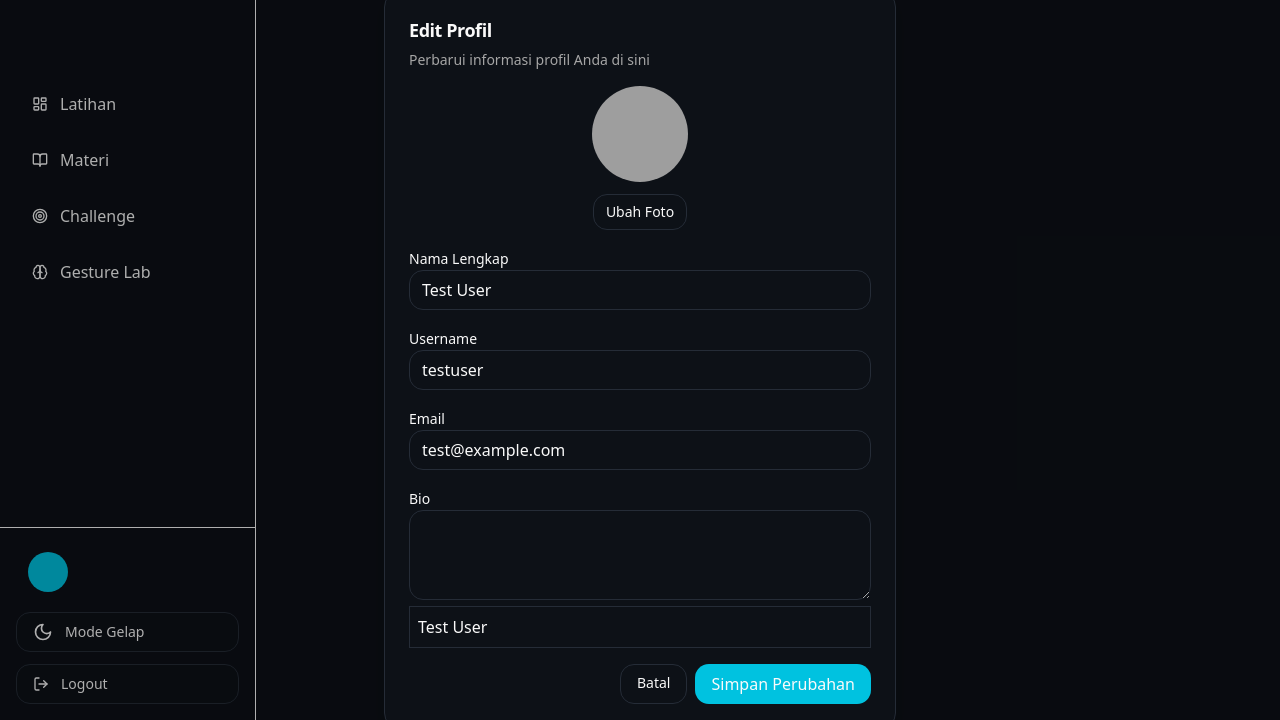
Repository: Tisna7/GESTURA
Page: http://localhost/profile/edit
The author's editor kept a copy of each file at every save. The page is drawn from the files as they stood at one save, then again after the next save.
The browser window is 1280 px wide. The pictures show the whole page.
Pictures or frames that could not be fetched are drawn as grey boxes. The page is served by the project's Laravel application, run on PHP 8.4 with Laravel 12. A made-up administrator, Test User (test@example.com), is signed in. Other server files are loaded and not shown. Style sheets and scripts are compiled from the project's sources, by tool versions that may differ from the author's.

Above is the page before, as saved 2025-11-23 16:09:28.

### app/Providers/AppServiceProvider.php
<?php

namespace App\Providers;

use Illuminate\Support\ServiceProvider;

class AppServiceProvider extends ServiceProvider
{
    /**
     * Register any application services.
     */
    public function register(): void
    {

    }

    /**
     * Bootstrap any application services.
     */
    public function boot(): void
    {

    }
}

### routes/web.php
<?php

use Illuminate\Support\Facades\Route;
use App\Http\Controllers\AuthController;
use App\Http\Controllers\ProfileController;

Route::get('/', function () {
    return view('landingpage');
});

Route::get('/auth', [AuthController::class, 'showPage'])->name('auth.page');

// Route::post('/register', [AuthController::class, 'register'])->name('register');

// Route::post('/login', [AuthController::class, 'login'])->name('login');
// Route::post('/logout', [AuthController::class, 'logout'])->name('logout');


// REGISTER
Route::post('/register', [AuthController::class, 'register'])->name('auth.register');

// LOGIN
Route::post('/login', [AuthController::class, 'login'])->name('auth.login');

// LOGIN GUEST
Route::get('/login/guest', [AuthController::class, 'loginGuest'])->name('auth.guest');

// LOGOUT
Route::get('/logout', [AuthController::class, 'logout'])->name('auth.logout');


Route::get('/profile/edit', [ProfileController::class, 'edit'])->name('profile.edit');
Route::put('/profile/update', [ProfileController::class, 'update'])->name('profile.update');


Route::get('/profile', function () {
    return view('user.profile');
});
Route::get('/materi', function () {
    return view('user.materi');
});
Route::get('/gesturelab', function () {
    return view('user.gesture-lab-practice');
});
Route::get('/gesture-lab-translate', function () {
    return view('user.gesture-lab-translate');
});
Route::get('/materi-isi', function () {
    return view('user.materi-isi');
});
Route::get('/latihan', function () {
    return view('user.quiz');
});
Route::get('/Challenge', function () {
    return view('user.challenge');
});
Route::get('/Challenge-isi', function () {
    return view('user.challenge-isi');
});

### app/Http/Controllers/ProfileController.php
<?php

namespace App\Http\Controllers;

use Illuminate\Http\Request;
use Illuminate\Support\Facades\Auth;

class ProfileController extends Controller
{
    public function edit()
    {
        $user = Auth::user();
        return view('user.profile-edit', compact('user'));
    }

    public function update(Request $request)
    {
        $request->validate([
            'name'     => 'required|string|max:255',
            'username' => 'required|string|max:255|unique:users,username,' . Auth::id(),
            'bio'      => 'nullable|string|max:255',
        ]);

        $user = Auth::user();

        $user->update([
            'name'     => $request->name,
            'username' => $request->username,
            'bio'      => $request->bio,
        ]);

    return redirect('/profile')->with('success', 'Profil berhasil diperbarui!');
    }
}

### resources/views/user/profile-edit.blade.php
@extends('app')
@section('title', 'Edit Profil')

@section('content')

    {{-- Sidebar --}}
    <x-sidebar-user></x-sidebar-user>

    {{-- Konten Halaman --}}
    <div class="ml-[16rem] p-6">
        {{-- (optional) Isi konten lain di sini --}}
    </div>

    {{-- ======================== MODAL ======================== --}}
    <div class="fixed inset-0 z-50 flex items-center justify-center bg-black/30">

        <div class="w-full max-w-lg bg-background border p-6 shadow-lg rounded-lg animate-in fade-in zoom-in">

            {{-- Header --}}
            <div class="flex flex-col space-y-1.5 text-center sm:text-left">
                <h2 class="text-lg font-semibold">Edit Profil</h2>
                <p class="text-sm text-muted-foreground">Perbarui informasi profil Anda di sini</p>
            </div>

            {{-- Form --}}
            <form action="{{ route('profile.update') }}" method="POST" class="mt-4">
                @csrf

                {{-- FOTO --}}
                <div class="flex flex-col items-center gap-3 mb-4">
                    <span class="relative flex overflow-hidden rounded-full h-24 w-24 border-4 border-primary/20">
                        <img class="h-full w-full object-cover"
                            src="https://api.dicebear.com/7.x/avataaars/svg?seed={{ $user->username ?? 'user' }}">
                    </span>

                    <button type="button"
                        class="inline-flex items-center gap-2 border rounded-md h-9 px-3 text-sm hover:bg-accent hover:text-accent-foreground">
                        Ubah Foto
                    </button>
                </div>

                {{-- INPUT --}}
                <div class="space-y-4">

                    <div>
                        <label class="text-sm font-medium">Nama Lengkap</label>
                        <input type="text" name="name" value="{{ old('name', $user->name) }}"
                            class="w-full h-10 rounded-md border px-3 py-2">
                    </div>

                    <div>
                        <label class="text-sm font-medium">Username</label>
                        <input type="text" name="username" value="{{ old('username', $user->username) }}"
                            class="w-full h-10 rounded-md border px-3 py-2">
                    </div>

                    <div>
                        <label class="text-sm font-medium">Email</label>
                        <input type="email" name="email" value="{{ old('email', $user->email) }}"
                            class="w-full h-10 rounded-md border px-3 py-2">
                    </div>

                    <div>
                        <label class="text-sm font-medium">Bio</label>
                        <textarea name="bio" rows="3" class="w-full rounded-md border px-3 py-2">{{ old('bio', $user->bio) }}</textarea>
                    </div>

                </div>

                {{-- BUTTONS --}}
                <form action="{{ route('profile.update') }}" method="POST">
    @csrf
    @method('PUT')

    {{-- Semua input di sini --}}
    <div class="space-y-4">
        {{-- contoh --}}
        <input type="text" name="name" value="{{ $user->name }}" class="border p-2 w-full">
        {{-- input lain --}}
    </div>

    {{-- Tombol --}}
    <div class="flex justify-end gap-2 pt-4">
        <a href="/profile" class="border rounded-md px-4 py-2 text-sm hover:bg-accent">
            Batal
        </a>

        <button type="submit" class="bg-primary text-white rounded-md px-4 py-2 hover:bg-primary/90">
            Simpan Perubahan
        </button>
    </div>

</form>



            </form>

        </div>
    </div>

@endsection

### resources/views/components/sidebar-user.blade.php
@php
    use Illuminate\Support\Facades\Auth;
@endphp



<aside
    class="fixed top-0 left-0 h-full bg-sidebar border-r border-sidebar-border shadow-medium z-40 transition-transform duration-300 -translate-x-full lg:translate-x-0 w-64">
    <div class="flex flex-col h-full">

        {{-- LOGO --}}
        <div class="hidden lg:flex items-center gap-2 p-6 border-b border-sidebar-border">
            <div class="w-10 h-10 rounded-full bg-gradient-hero flex items-center justify-center shadow-soft">
                <img src="{{ asset('images/logo.png') }}" alt="MindCare Logo" class="w-8 h-8">
            </div>
            <div>
                <span class="text-xl font-bold bg-gradient-to-r from-primary to-accent bg-clip-text text-transparent block">
                    MindCare
                </span>
            </div>
        </div>

        {{-- MENU --}}
        <nav class="flex-1 p-4 space-y-2 overflow-y-auto mt-16 lg:mt-0">

            {{-- Latihan --}}
            <a class="{{ request()->is('latihan') ? 'bg-sidebar-accent text-sidebar-accent-foreground font-medium shadow-soft'
                : 'text-sidebar-foreground hover:bg-sidebar-accent/50' }}
                flex items-center gap-3 px-4 py-3 rounded-xl transition-smooth"
                href="/latihan">

                <svg xmlns="http://www.w3.org/2000/svg" viewBox="0 0 24 24"
                    fill="none" stroke="currentColor" stroke-width="2"
                    stroke-linecap="round" stroke-linejoin="round"
                    class="lucide lucide-layout-dashboard w-4 h-4">
                    <rect width="7" height="9" x="3" y="3" rx="1"></rect>
                    <rect width="7" height="5" x="14" y="3" rx="1"></rect>
                    <rect width="7" height="9" x="14" y="12" rx="1"></rect>
                    <rect width="7" height="5" x="3" y="16" rx="1"></rect>
                </svg>

                <span>Latihan</span>
            </a>

            {{-- Materi --}}
            <a class="{{ request()->is('materi') ? 'bg-sidebar-accent text-sidebar-accent-foreground font-medium shadow-soft'
                : 'text-sidebar-foreground hover:bg-sidebar-accent/50' }}
                flex items-center gap-3 px-4 py-3 rounded-xl transition-smooth"
                href="/materi">

                <svg xmlns="http://www.w3.org/2000/svg" viewBox="0 0 24 24"
                    fill="none" stroke="currentColor" stroke-width="2"
                    stroke-linecap="round" stroke-linejoin="round"
                    class="lucide lucide-book-open w-4 h-4">
                    <path d="M12 7v14"></path>
                    <path
                        d="M3 18a1 1 0 0 1-1-1V4a1 1 0 0 1 1-1h5a4 4 0 0 1 4 4 4 4 0 0 1 4-4h5a1 1 0 0 1 1 1v13a1 1 0 0 1-1 1h-6a3 3 0 0 0-3 3 3 3 0 0 0-3-3z">
                    </path>
                </svg>

                <span>Materi</span>
            </a>

            {{-- Challenge --}}
            <a class="{{ request()->is('Challenge') ? 'bg-sidebar-accent text-sidebar-accent-foreground font-medium shadow-soft'
                : 'text-sidebar-foreground hover:bg-sidebar-accent/50' }}
                flex items-center gap-3 px-4 py-3 rounded-xl transition-smooth"
                href="/Challenge">

                <svg xmlns="http://www.w3.org/2000/svg" viewBox="0 0 24 24"
                    fill="none" stroke="currentColor" stroke-width="2"
                    stroke-linecap="round" stroke-linejoin="round"
                    class="lucide lucide-target w-4 h-4">
                    <circle cx="12" cy="12" r="10"></circle>
                    <circle cx="12" cy="12" r="6"></circle>
                    <circle cx="12" cy="12" r="2"></circle>
                </svg>

                <span>Challenge</span>
            </a>

            {{-- Gesture Lab --}}
            <a class="{{ request()->is('gesturelab') ? 'bg-sidebar-accent text-sidebar-accent-foreground font-medium shadow-soft'
                : 'text-sidebar-foreground hover:bg-sidebar-accent/50' }}
                flex items-center gap-3 px-4 py-3 rounded-xl transition-smooth"
                href="/gesturelab">

                <svg xmlns="http://www.w3.org/2000/svg" viewBox="0 0 24 24"
                    fill="none" stroke="currentColor" stroke-width="2"
                    stroke-linecap="round" stroke-linejoin="round"
                    class="lucide lucide-brain w-4 h-4">

                    <path d="M12 5a3 3 0 1 0-5.997.125 4 4 0 0 0-2.526 5.77 4 4 0 0 0 .556 6.588A4 4 0 1 0 12 18Z"></path>
                    <path d="M12 5a3 3 0 1 1 5.997.125 4 4 0 0 1 2.526 5.77 4 4 0 0 1-.556 6.588A4 4 0 1 1 12 18Z"></path>
                    <path d="M15 13a4.5 4.5 0 0 1-3-4 4.5 4.5 0 0 1-3 4"></path>

                </svg>

                <span>Gesture Lab</span>
            </a>
        </nav>

        {{-- BOTTOM SECTION --}}
        <div class="p-4 border-t border-sidebar-border space-y-3">

            {{-- User Button --}}
            <button
                class="w-full flex items-center gap-3 px-3 py-2 rounded-xl hover:bg-sidebar-accent transition-smooth"
                type="button">
                <span class="relative flex items-center justify-center shrink-0 overflow-hidden rounded-full w-10 h-10 bg-primary"></span>
                <div class="flex-1 text-left">
                    <p class="text-sm font-medium text-sidebar-foreground"></p>
                    <p class="text-xs text-muted-foreground"></p>
                </div>
            </button>

            {{-- Mode Gelap --}}
            <button
                class="inline-flex items-center whitespace-nowrap rounded-md text-sm font-medium border border-input bg-background hover:bg-accent hover:text-accent-foreground h-10 px-4 py-2 w-full justify-start gap-3 hover:bg-accent transition-smooth">
                <svg xmlns="http://www.w3.org/2000/svg" viewBox="0 0 24 24"
                    fill="none" stroke="currentColor" stroke-width="2"
                    stroke-linecap="round" stroke-linejoin="round"
                    class="lucide lucide-moon w-4 h-4">
                    <path d="M12 3a6 6 0 0 0 9 9 9 9 0 1 1-9-9Z"></path>
                </svg>
                <span>Mode Gelap</span>
            </button>

            {{-- Logout --}}
            <form action="" method="POST">
                @csrf
                <button type="submit"
                    class="inline-flex items-center whitespace-nowrap rounded-md text-sm font-medium border border-input bg-background hover:bg-accent hover:text-accent-foreground h-10 px-4 py-2 w-full justify-start gap-3">

                    <svg xmlns="http://www.w3.org/2000/svg" viewBox="0 0 24 24"
                        fill="none" stroke="currentColor" stroke-width="2"
                        stroke-linecap="round" stroke-linejoin="round"
                        class="lucide lucide-log-out w-4 h-4">
                        <path d="M9 21H5a2 2 0 0 1-2-2V5a2 2 0 0 1 2-2h4"></path>
                        <polyline points="16 17 21 12 16 7"></polyline>
                        <line x1="21" x2="9" y1="12" y2="12"></line>
                    </svg>

                    <span>Logout</span>
                </button>
            </form>

        </div>
    </div>
</aside>




<script>
    const html = document.documentElement;
    const toggleDark = document.querySelector('.hover\\:bg-accent'); // tombol "Mode Gelap"
    const icon = toggleDark.querySelector('svg');
    const label = toggleDark.querySelector('span');

    // Cek tema yang tersimpan
    const storedTheme = localStorage.getItem("theme");
    const systemPrefersDark = window.matchMedia("(prefers-color-scheme: dark)").matches;

    // Fungsi ubah tema
    function setTheme(dark) {
        if (dark) {
            html.classList.add("dark");
            localStorage.setItem("theme", "dark");
            label.textContent = "Mode Terang";
            icon.outerHTML = `
        <svg xmlns="http://www.w3.org/2000/svg" width="24" height="24"
          viewBox="0 0 24 24" fill="none" stroke="currentColor"
          stroke-width="2" stroke-linecap="round" stroke-linejoin="round"
          class="lucide lucide-sun w-5 h-5">
          <circle cx="12" cy="12" r="4"></circle>
          <path d="M12 2v2"></path>
          <path d="M12 20v2"></path>
          <path d="m4.93 4.93 1.41 1.41"></path>
          <path d="m17.66 17.66 1.41 1.41"></path>
          <path d="M2 12h2"></path>
          <path d="M20 12h2"></path>
          <path d="m6.34 17.66-1.41 1.41"></path>
          <path d="m19.07 4.93-1.41 1.41"></path>
        </svg>`;
        } else {
            html.classList.remove("dark");
            localStorage.setItem("theme", "light");
            label.textContent = "Mode Gelap";
            icon.outerHTML = `
        <svg xmlns="http://www.w3.org/2000/svg" width="24" height="24"
          viewBox="0 0 24 24" fill="none" stroke="currentColor"
          stroke-width="2" stroke-linecap="round" stroke-linejoin="round"
          class="lucide lucide-moon w-5 h-5">
          <path d="M12 3a6 6 0 0 0 9 9 9 9 0 1 1-9-9Z"></path>
        </svg>`;
        }
    }

    // Terapkan tema saat load pertama
    setTheme(storedTheme === "dark" || (!storedTheme && systemPrefersDark));

    // Tambahkan event listener untuk toggle
    toggleDark.addEventListener("click", () => {
        setTheme(!html.classList.contains("dark"));
    });
</script>

### resources/views/app.blade.php
<!DOCTYPE html>
<html lang="id">
<head>
  <meta charset="UTF-8">
  <meta name="viewport" content="width=device-width, initial-scale=1.0">
  <meta name="csrf-token" content="{{ csrf_token() }}">
  <link rel="icon" type="image/png" href="{{ asset('images/logo.png') }}">
  <title>@yield('title', 'GESTURA')</title>

  <!-- Tailwind CSS -->
  {{-- @vite('public/build/app-Lz3KVd0D.css') --}}
  {{-- <!-- @vite('resources/css/app.css') --> --}}
   {{-- <!-- @vite('public/build/assets/app-TBPMHXQo.css') --> --}}

  @vite(['resources/css/app.css', 'resources/css/theme.css'])

  <script defer src="https://cdn.jsdelivr.net/npm/alpinejs@3.x.x/dist/cdn.min.js"></script>

</head>
<body>
  @yield('content')
</body>
</html>

### resources/css/app.css
@import 'tailwindcss';
@import "./theme.css";

@source '../../vendor/laravel/framework/src/Illuminate/Pagination/resources/views/*.blade.php';
@source '../../storage/framework/views/*.php';
@source '../**/*.blade.php';
@source '../**/*.js';

@theme {
    --font-sans: 'Instrument Sans', ui-sans-serif, system-ui, sans-serif, 'Apple Color Emoji', 'Segoe UI Emoji',
        'Segoe UI Symbol', 'Noto Color Emoji';

    --color-background: #ffabcc;
}

Loaded but not shown: app/Models/User.php (common file); app/Http/Controllers/Controller.php (common file); resources/css/theme.css (library)

After the next save:
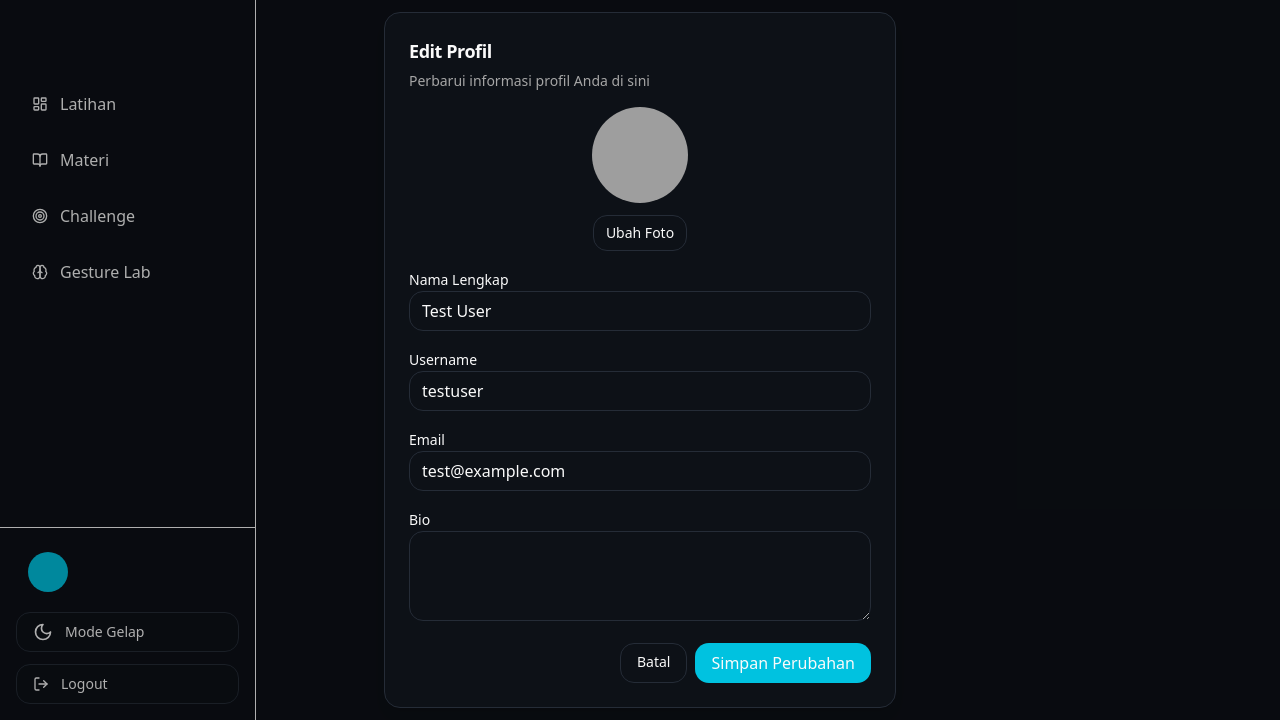
Saved 28 s later.
--- a/resources/views/user/profile-edit.blade.php
+++ b/resources/views/user/profile-edit.blade.php
@@ -73,11 +73,6 @@
     @method('PUT')
 
     {{-- Semua input di sini --}}
-    <div class="space-y-4">
-        {{-- contoh --}}
-        <input type="text" name="name" value="{{ $user->name }}" class="border p-2 w-full">
-        {{-- input lain --}}
-    </div>
 
     {{-- Tombol --}}
     <div class="flex justify-end gap-2 pt-4">
